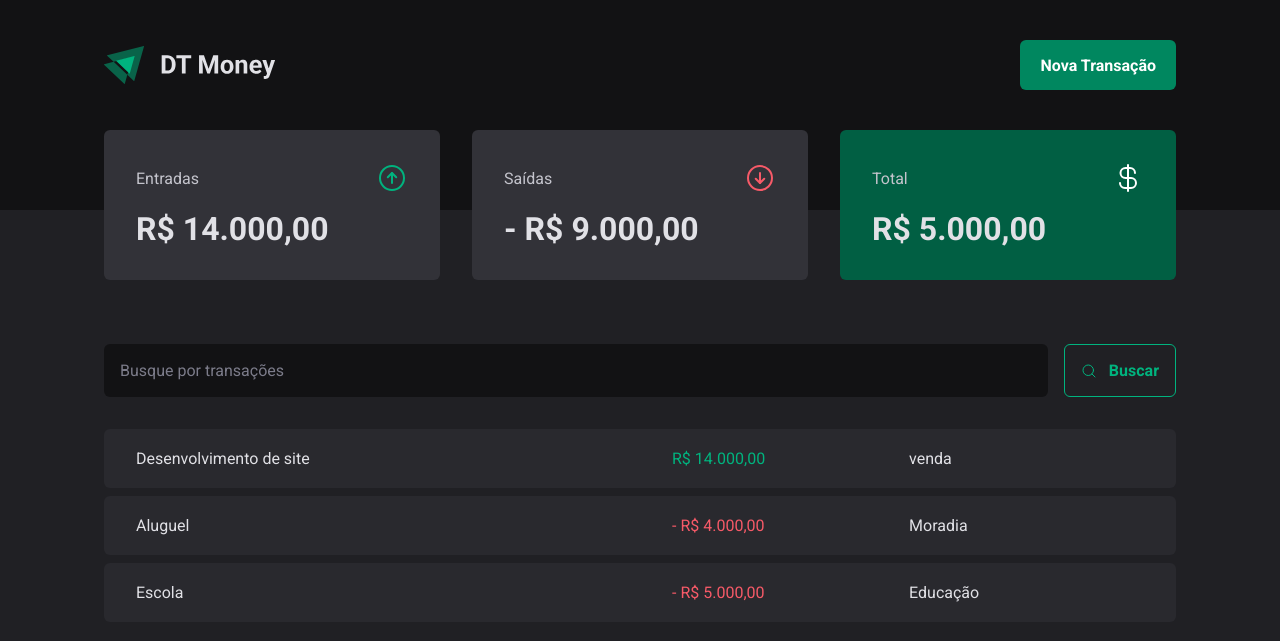
Repository: viniciusfg05/dtmoney
Page: /
The author's editor kept a copy of each file at every save. The page is drawn from the files as they stood at one save, then again after the next save.
The browser window is 1280 px wide. The pictures show the whole page.
The project was rebuilt for these pictures with package versions that can differ from the ones it lists, and the page was loaded fresh each time. Requests to the local data server were answered from the project's data file. Also part of the build but not shown: vite.config.ts.

Above is the page before, as saved 2022-10-11 15:14:59.

### index.html
<!DOCTYPE html>
<html lang="en">
  <head>
    <meta charset="UTF-8" />
    <link rel="preconnect" href="https://fonts.googleapis.com" />
    <link rel="preconnect" href="https://fonts.gstatic.com" crossorigin />

    <link rel="icon" type="image/svg+xml" href="/vite.svg" />
    <meta name="viewport" content="width=device-width, initial-scale=1.0" />

    <link
      href="https://fonts.googleapis.com/css2?family=Roboto:wght@400;700&display=swap"
      rel="stylesheet"
    />

    <title>dtmoney</title>
  </head>
  <body>
    <div id="root"></div>
    <script type="module" src="/src/main.tsx"></script>
  </body>
</html>

### src/App.tsx
import { ThemeProvider } from "styled-components";
import { CoffeeContextProvider } from "./components/context/contextApi";
import { Summary } from "./components/Summary";
import { Transations } from "./pages/Transations";
import { GlobalStyles } from "./Styles/Global";
import { defaultTheme } from './Styles/Theme/Default'


export function App() {

  return (
    <ThemeProvider theme={defaultTheme}>
      <CoffeeContextProvider>
        <Transations />



        <GlobalStyles />
      </CoffeeContextProvider>
    </ThemeProvider>
  )
}

### src/components/context/contextApi.tsx
import { createContext, ReactNode, useEffect, useState } from "react";

interface TransactionsProps {
    id: number;
    descriptions: string;
    type: "income" | "outcome"
    category: string;
    price: number;
    createdAt: string;
}


interface TransactionType {
    transactions: TransactionsProps[];
    fetchDataTransaction: (query?: string) => Promise<void>;
}

interface TransactioProviderProps {
    children: ReactNode
}

export const TransactionContext = createContext({} as TransactionType);

export function CoffeeContextProvider({ children }: TransactioProviderProps) {
    const [ transactions, setTransaction] = useState<TransactionsProps[]>([])


    async function fetchDataTransaction(query?: string) {
        const url = new URL("http://localhost:3000/transactions")

        if (query) {
             url.searchParams.append('q', query)
        }

        const response = await fetch(url)
        const data = await response.json()

        setTransaction(data)

        // await api
        // .get("/transactions") //rota possivelmente criariamos no futuro
        // .then((response) => setTransaction(response.data)); //console .log nos dados
    };

    useEffect(() => {
        fetchDataTransaction();
    }, []);

    return (
        <TransactionContext.Provider value={{ transactions, fetchDataTransaction }}>
            {children}
        </TransactionContext.Provider>
    )
}

### src/pages/Transations/index.tsx
import { useContext, useEffect, useState } from "react";
import { TransactionContext } from "../../components/context/contextApi";
import { Header } from "../../components/Header";
import { Summary } from "../../components/Summary";
import { dateFormatter, priceFormatter } from "../../components/Utils/Formated";
import { api } from "../../services/api";
import { SeachForm } from "./components/SeachForm";
import { PriceHightLightStyled, TransactionTableStyled, TransationsConteinerStyled } from "./styles";

import { format } from 'date-fns';
import { ptBR } from 'date-fns/locale';


interface transactionsProps {
    id: number;
    descriptions: string;
    type: "income" | "outcome"
    category: string;
    price: number;
    createdAt: string | null;
}

export function Transations() {
    const { transactions } = useContext(TransactionContext)

    return (
        <>
            <Header />
            <Summary />


            <TransationsConteinerStyled>
                <SeachForm />

                <TransactionTableStyled>
                    <tbody>
                        {transactions.map(transactions => (

                            <tr key={transactions.id}>
                            <td width="50%" >{transactions.descriptions}</td>
                            <td>
                                <PriceHightLightStyled variant={transactions.type}>
                                    {transactions.type === "outcome" && "- "}
                                    {priceFormatter.format(transactions.price)}
                                </PriceHightLightStyled>
                            </td>
                            <td>{transactions.category}</td>
                            <td>{}</td>
                        </tr>
                        ))}
                    </tbody>
                </TransactionTableStyled>
            </TransationsConteinerStyled>
        </>
    )
}

### src/Styles/Global.tsx
import { createGlobalStyle } from 'styled-components'

export const GlobalStyles = createGlobalStyle`
  * {
    margin: 0;
    padding: 0;
    box-sizing: border-box;
    /* font-size: 87.5%; */
  }

  :focus {
    outline: 0;
    box-shadow: 0 0 0 2px ${(props) => props.theme['green-500']};
  }

  body {
    background: ${(props) => props.theme['gray-800']};
    color: ${(props) => props.theme['gray-100']};
    font-size: 2.4rem;
  }

  body, input, textarea, button {
    font-family: 'Roboto', sans-serif;
    font-weight: 400;
    font-size: 1rem;

    -webkit-font-smoothing: antialiased;
  }

  @media (max-width: 600px) {
    * {
    font-size: 87.5%;
    }
  }

`

### src/Styles/Theme/Default.ts
export const defaultTheme = {
  white: '#fff',

  'gray-100': '#E1E1E6',
  'gray-300': '#C4C4CC',
  'gray-400': '#8D8D99',
  'gray-500': '#7C7C8A',
  'gray-600': '#323238',
  'gray-700': '#29292E',
  'gray-800': '#202024',
  'gray-900': '#121214',

  'green-300': '#00B37E',
  'green-500': '#00875F',
  'green-700': '#015F43',

  'red-300': '#F75A68',
  'red-500': '#AB222E',
  'red-700': '#7A1921',
} as const

### src/components/Header/index.tsx
import logo from  '../../assets/logo.svg'
import * as Dialog from '@radix-ui/react-dialog';
import { HeaderContainerStyled, HeaderContentStyled, NewTransationButtonStyled } from './styles'
import { NewTransationModal } from '../NewTransaction';

const style = { background: "red",  }

export function Header() {

  return (
    <HeaderContainerStyled>
      <HeaderContentStyled>
        <img src={logo} alt="" />

        <Dialog.Root>
          <Dialog.Trigger asChild>
            <NewTransationButtonStyled>Nova Transação</NewTransationButtonStyled>
          </Dialog.Trigger>

          <NewTransationModal />

        </Dialog.Root>
      </HeaderContentStyled>
    </HeaderContainerStyled>
  )
}

### src/components/Summary/index.tsx
import { ArrowCircleDown, ArrowCircleUp, CurrencyDollar } from "phosphor-react";
import { useContext } from "react";
import { useSummary } from "../../hooks/useSummary";
import { TransactionContext } from "../context/contextApi";
import { priceFormatter } from "../Utils/Formated";
import { SummaryCardStyled, SummaryContainerStyled } from "./styles";

export function Summary() {
    const somarTransaction = useSummary()

    return (
        <SummaryContainerStyled>
            <SummaryCardStyled>
                <header>
                    <span>Entradas</span>

                    <ArrowCircleUp size={32}  color="#00b37e"/>
                </header>

                <strong>{priceFormatter.format(somarTransaction.income)}</strong>
            </SummaryCardStyled>

            <SummaryCardStyled>
                <header>
                    <span>Saídas</span>

                    <ArrowCircleDown size={32}  color="#f75a68"/>
                </header>

                <strong>
                    - {priceFormatter.format(somarTransaction.outcome)}</strong>
            </SummaryCardStyled>

            <SummaryCardStyled variant="green" >
                <header>
                    <span>Total</span>

                    <CurrencyDollar size={32}  color="#fff"/>
                </header>

                <strong>{priceFormatter.format(somarTransaction.total)}</strong>
            </SummaryCardStyled>


        </SummaryContainerStyled>
    )
}

### src/components/Utils/Formated.tsx
import { format } from 'date-fns';
import { ptBR } from 'date-fns/locale';

// export function formatDate(date: any) {
    export const formattedDate = format(new Date(), 'dd  MMM yyyy', {
      locale: ptBR,
    });
//     return formattedDate;
// }

export const dateFormatter = new Intl.DateTimeFormat('pt-BR')

export const priceFormatter = new Intl.NumberFormat('pt-BR', {
    style: "currency",
    currency: "BRL"
})

### src/pages/Transations/components/SeachForm/index.tsx
import { MagnifyingGlass } from "phosphor-react";
import { useForm } from "react-hook-form";
import { SeshFormContainer } from "./styles";
import * as zod from "zod"
import { zodResolver } from "@hookform/resolvers/zod"
import { useContext } from "react";
import { TransactionContext } from "../../../../components/context/contextApi";



const serchFormSchema = zod.object({
    query: zod.string()
})

type SerchFormInput = zod.infer<typeof serchFormSchema>

export function SeachForm() {
    const { fetchDataTransaction } = useContext(TransactionContext)


    const {  register, handleSubmit, formState: { isSubmitted }} = useForm<SerchFormInput>({
        resolver: zodResolver(serchFormSchema)
    })

    async function handleSearchTransactions(data: SerchFormInput) {
        await  fetchDataTransaction(data.query)
    }

    return (
        <SeshFormContainer onSubmit={handleSubmit(handleSearchTransactions)}>
            <input
                type="text"
                placeholder="Busque por transações"
                {...register('query')}
            />

            <button type="submit" disabled={isSubmitted}>
                <MagnifyingGlass />
                Buscar
            </button>
        </SeshFormContainer>
    )
}

### src/pages/Transations/styles.ts
import styled from "styled-components";

export const TransationsConteinerStyled = styled.div`
    width: 100%;
    max-width:  1120px;

    margin: 4rem auto 0;
    padding: 0 1.5rem;
`

export const TransactionTableStyled = styled.table`
    width: 100%;
    border-collapse: separate;
    border-spacing: 0 0.5rem;
    margin-top: 1.5rem;

    td {
        padding:  1.25rem 2rem;
        background: ${(props) => props.theme["gray-700"]};

        &:first-child {
            border-top-left-radius: 6px;
            border-bottom-left-radius: 6px;
        }

        &:last-child {
            border-top-right-radius: 6px;
            border-bottom-right-radius: 6px;
        }
    }
`

interface PriceHightLightStyledProps {
    variant?: 'income' | 'outcome'
}

export const PriceHightLightStyled = styled.span<PriceHightLightStyledProps>`
    color: ${(props) => props.variant === 'income' ? props.theme["green-300"] : props.theme["red-300"]} ;
`

### src/components/Header/styles.ts
import styled from 'styled-components'


export const HeaderContainerStyled = styled.header`
    background:  ${(props) => props.theme['gray-900']};
    padding: 2.5rem 0 7.5rem 0;
`

export const HeaderContentStyled = styled.div`
    width: 100%;
    max-width:  1120px;

    margin: 0 auto;
    padding: 0 1.5rem;

    display: flex;
    align-items: center;
    justify-content: space-between;
`

export const NewTransationButtonStyled = styled.button`
    height: 50px;
    border: 0;
    background: ${(props) => props.theme['green-500']};
    color: ${(props) => props.theme.white};
    font-weight: bold;
    padding: 0 1.25rem;
    border-radius: 6px;
    cursor: pointer;

    &:hover {
        transition:  background-color 0.3s;
        background: ${(props) => props.theme['green-700']};

    }

`

### src/components/NewTransaction/index.tsx
import * as Dialog from '@radix-ui/react-dialog';
import { ArrowCircleUp, X } from 'phosphor-react';
import { ButtonClose, Overlay, TransationTypeButton, TransitionType } from './styles';
import { Content } from './styles';
import * as zod from "zod"
import { zodResolver } from "@hookform/resolvers/zod"
import { Controller, useForm } from 'react-hook-form';
import { useContext } from 'react';
import { TransactionContext } from '../context/contextApi';



const NewTransationFormSchema = zod.object({
    description: zod.string(),
    price: zod.number(),
    category: zod.string(),
    type: zod.enum(['income', 'outcome'])
})

type NewTransationFormInput = zod.infer<typeof NewTransationFormSchema>


export function NewTransationModal() {
    const { fetchDataTransaction } = useContext(TransactionContext)


    const {  control, register, handleSubmit, formState: { isSubmitted }} = useForm<NewTransationFormInput>({
        resolver: zodResolver(NewTransationFormSchema),
        defaultValues: {
            type: 'income'
        }
    })

    async function handleNewTransaction(data: any) {
    }

    return (
        <Dialog.Portal>
            <Overlay />

            <Content>
                <Dialog.Title>Nova transação</Dialog.Title>
                    <ButtonClose>
                        <X size={24}/>
                    </ButtonClose>

                    <form action="" onSubmit={handleSubmit(handleNewTransaction)}>
                        <input
                            type="text"
                            placeholder='Descrição'
                            required
                            {...register('description')}
                        />
                        <input
                            type="number"
                            placeholder='Preço'
                            required
                            {...register('price', { valueAsNumber: true })}
                        />
                        <input
                            type="text"
                            placeholder='Categoria'
                            required
                            {...register('category')}
                        />

                        <Controller
                            control={control}
                            name="type"
                            render={({ field }) => {
                                // console.log(field )
                                return (
                                    <TransitionType onValueChange={field.onChange} value={field.value}>
                                        <TransationTypeButton variant='income' value='income'>
                                            <ArrowCircleUp size={24}/>
                                            Entrada
                                        </TransationTypeButton>

                                        <TransationTypeButton variant='outcome' value='outcome'>
                                            <ArrowCircleUp size={24}/>
                                            Saída
                                        </TransationTypeButton>
                                    </TransitionType>
                                )
                            }}
                        />

                        <button type='submit' disabled={isSubmitted}>
                            Cadastrar
                        </button>
                    </form>
            </Content>
        </Dialog.Portal>
    )
}

### src/hooks/useSummary.tsx
import { useContext } from "react";
import { TransactionContext } from "../components/context/contextApi";

export function useSummary() {

const { transactions } = useContext(TransactionContext)

    const somarTransaction = transactions.reduce((acc, transaction ) => {
        if(transaction.type === "income") {
            acc.income += transaction.price; // pega o acc Income e soma com o price
            acc.total += transaction.price
        } else {
            acc.outcome += transaction.price; // pega o acc Outcome e soma com o price
            acc.total -= transaction.price
        }

        return acc
    }, {
        //Estrutura Inicial de dados
        income: 0,
        outcome: 0,
        total: 0,
    })

    return somarTransaction
}

### src/components/Summary/styles.ts
import styled, { css } from "styled-components";

export const SummaryContainerStyled = styled.section`
    width: 100%;
    max-width:  1120px;

    margin: 0 auto;
    padding: 0 1.5rem;

    display:  grid;
    grid-template-columns: repeat(3, 1fr);

    margin-top: -5rem;
    gap: 2rem
`

interface SummaryCardProps {
    variant?: 'green'
}

export const SummaryCardStyled = styled.div<SummaryCardProps>`
    background: ${(props) => props.theme['gray-600']} ;
    border-radius: 6px;
    padding: 2rem;

    header {
        display: flex;
        align-items: center;
        justify-content: space-between;
        color: ${(props) => props.theme['gray-300']};
    }

    strong {
        display: block;
        margin-top: 1rem;
        font-size: 2rem;
    }

    ${props => props.variant === 'green' && css`
        background: ${props.theme['green-700']}; ;
    `}
`

### src/pages/Transations/components/SeachForm/styles.ts
import styled from "styled-components";

export const SeshFormContainer = styled.form`
    display: flex;
    gap: 1rem;

    max-width:  1120px;

    margin: 0 auto;

    /* @media (max-width: 380px) {

        padding: 0 1.5rem;
    }
     */
    input {
        flex: 1;
        border-radius: 6px;
        border: 0;
        background: ${props => props.theme["gray-900"]};
        color: ${props => props.theme["gray-300"]};
        padding: 1rem;

        &::placeholder {
            color: ${props => props.theme["gray-500"]};
        }
    }

    button {
        display: flex;
        align-items: center;
        gap: 0.75rem;

        border: 0;
        padding: 1rem;
        background: transparent;
        border: 1px solid ${props => props.theme["green-300"]};
        color: ${props => props.theme["green-300"]};
        font-weight: bold;
        border-radius: 6px;

        &:disabled {
            opacity: 0.5;
        }

        &:not(:disabled):hover {
            background: ${props => props.theme["green-500"]};
            border: 1px solid ${props => props.theme["green-500"]};
            color: ${props => props.theme["white"]};

            transition:  background-color 0.3s, color 0.3s;
            cursor: pointer;
        }
    }
`

### src/components/NewTransaction/styles.ts
import * as Dialog from '@radix-ui/react-dialog';
import * as RadioGroup from '@radix-ui/react-radio-group';
import styled from 'styled-components';
import { Transations } from '../../pages/Transations';


export const Overlay = styled(Dialog.Overlay)`
    position: fixed;
    width: 100vw;
    height: 100vh;
    inset: 0;

    background: rgba(0, 0 , 0, 0.75);
`

export const Content = styled(Dialog.Content)`
    min-width: 32rem;
    border-radius:  6px;
    padding:  2.5rem 3rem;
    background: ${props => props.theme['gray-800']};

    position: fixed;
    top: 50%;
    left: 50%;
    transform: translate(-50%, -50%); //Centralizar elementos na tela

    form {
        margin-top: 2rem;
        display: flex;
        flex-direction: column;
        gap: 1rem;

        input {
            border-radius: 6px;
            border: 0;
            background: ${props => props.theme['gray-900']};
            color: ${props => props.theme['gray-300']};
            padding: 1rem;

            &::placeholder {
                color: ${props => props.theme['gray-500']};

            }
        }

        button[type="submit"] {
            height: 3.62rem;
            border: 0;
            background: ${props => props.theme['green-500']};
            color: ${props => props.theme.white};
            font-weight: bold;
            padding: 0 1.25rem;
            border-radius: 6px;
            margin-top:  1.5rem;
            transition: background-color 0.3s, color;

            &:disabled {
                opacity: 0.5;
            }

            &:not(:disabled):hover {
                background: ${props => props.theme['green-700']};
                color: ${props => props.theme['gray-300']};
                cursor: pointer;

            }
        }
    }
`

export const  ButtonClose = styled(Dialog.Close)`
    display: flex;
    align-items: center;
    justify-content: center;

    position: absolute;

    background: transparent;
    border: 0;
    line-height: 0;
    top: 1.5rem;
    right: 1.5rem;

    cursor: pointer;
    color: ${props => props.theme['gray-500']};
`


interface TransationsTypeButtonProps {
    variant?: 'income' | 'outcome'
}

export const TransitionType = styled(RadioGroup.Root)`
    display: grid;
    grid-template-columns: 1fr 1fr;

    gap: 1rem;
    margin-top: 0.5rem;
`

export const TransationTypeButton = styled(RadioGroup.Item)<TransationsTypeButtonProps>`
    background: ${props => props.theme['gray-700']};
    padding: 1rem;
    display: flex;
    align-items: center;
    justify-content: center;
    gap: 0.5rem;
    border-radius: 6px;
    cursor: pointer;
    border: 0;
    color: ${props => props.theme['gray-300']};

    svg {
        color: ${props => props.variant === 'income' ? props.theme['green-300'] : props.theme['red-300']}
    }

    &[data-state='unchecked']:hover {
        background: ${props => props.theme['gray-600']};
        transition: background-color 0.3s;
    }

    &[data-state='checked'] {
        background: ${props => props.variant === 'income' ? props.theme['green-300'] : props.theme['red-500']};
        transition: 0.3s;

        svg {
            color: ${props => props.theme.white};
        }
    }
`

### server.json
{
  "transactions": [
    {
      "id": 1,
      "descriptions": "Desenvolvimento de site",
      "type": "income",
      "category": "venda",
      "price": 14000,
      "createdAt": "2022-10-10T21:57:14.592Z"
    },
    {
      "id": 2,
      "descriptions": "Aluguel",
      "type": "outcome",
      "category": "Moradia",
      "price": 4000,
      "createdAt": "2022-10-10T21:59:14.592Z"
    },
    {
      "id": 3,
      "descriptions": "Escola",
      "type": "outcome",
      "category": "Educação",
      "price": 5000,
      "createdAt": "2022-10-11T21:59:14.592Z"
    }
  ]
}

Loaded but not shown: src/main.tsx (common file)

After the next save:
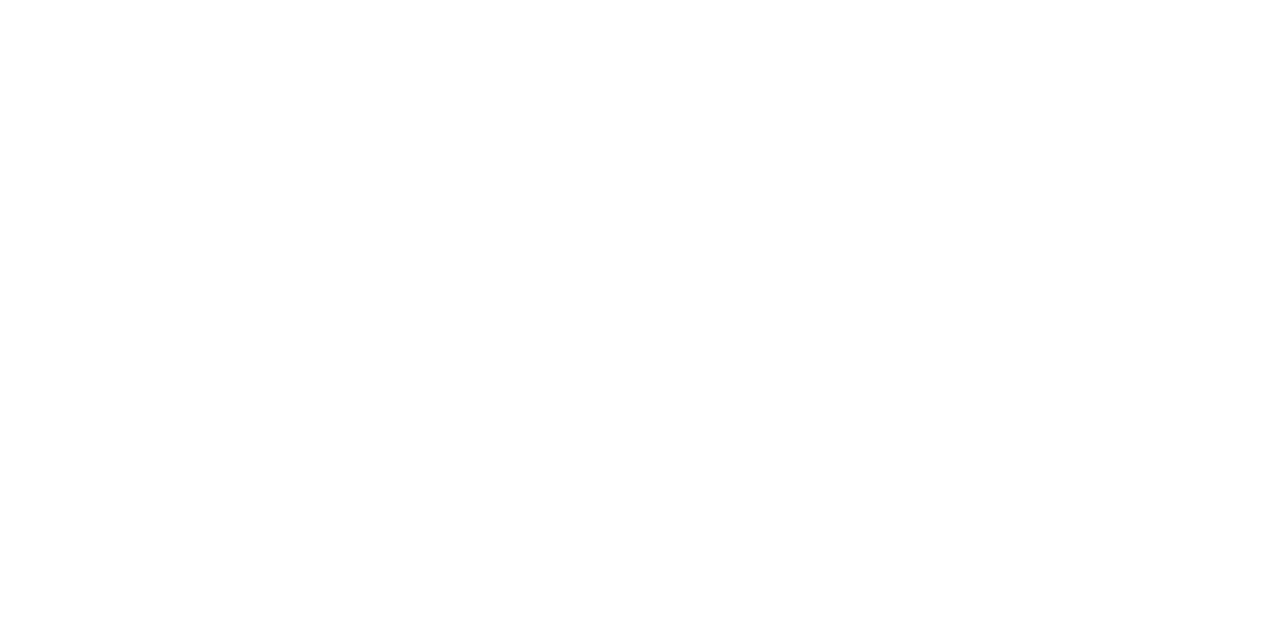
Console error: TypeError: transactions2.createdAt.toISOString is not a function
Saved 12 s later.
--- a/src/pages/Transations/index.tsx
+++ b/src/pages/Transations/index.tsx
@@ -45,7 +45,9 @@
                                 </PriceHightLightStyled>
                             </td>
                             <td>{transactions.category}</td>
-                            <td>{}</td>
+                            <td>{format(new Date(transactions.createdAt.toISOString()), 'dd  MMM yyyy', {
+                                locale: ptBR,
+                            })}</td>
                         </tr>
                         ))}
                     </tbody>

After the save that followed:
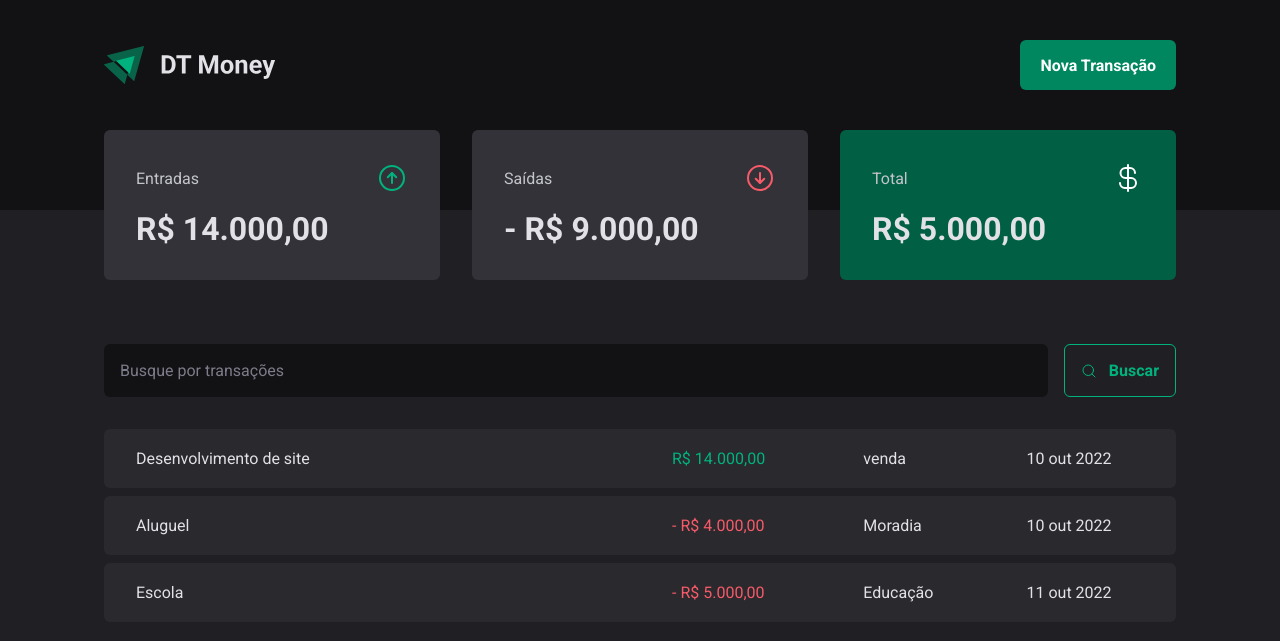
The error is gone.
Saved 4 s later.
--- a/src/pages/Transations/index.tsx
+++ b/src/pages/Transations/index.tsx
@@ -45,7 +45,7 @@
                                 </PriceHightLightStyled>
                             </td>
                             <td>{transactions.category}</td>
-                            <td>{format(new Date(transactions.createdAt.toISOString()), 'dd  MMM yyyy', {
+                            <td>{format(new Date(transactions.createdAt), 'dd  MMM yyyy', {
                                 locale: ptBR,
                             })}</td>
                         </tr>
